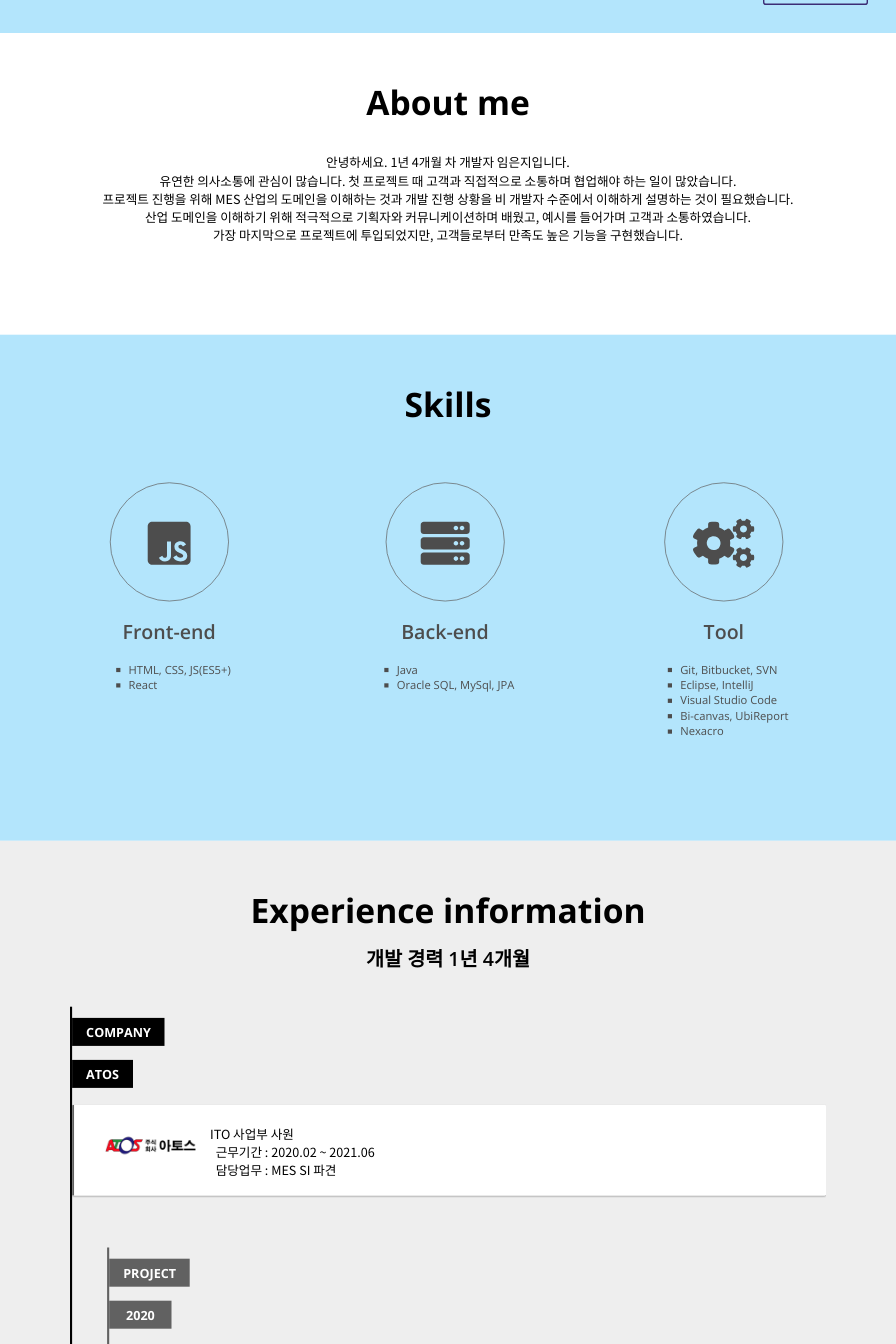
Repository: salangdung-i/portfolio
Page: index.html
These files come from the project's save history. The page is drawn as it stood at one moment and after the next save; the edit follows.
The browser window is 1280 px wide. The pictures show the part of the page from y = 753 to 2673 px (the page is 5459 px tall before and 5485 px after), at 70% of full size.
Some web fonts or font styles are not loaded; a fallback is used. Some web libraries are served in a nearby version.

Above is the page before, as saved 2021-12-27 09:14:41.

### index.html
<!DOCTYPE html>
<html lang="en">

<head>
  <meta charset="UTF-8">
  <meta name="viewport" content="width=device-width, initial-scale=1.0">
  <title>Eunji's Portfolio</title>
  <meta name="description" content="Port for world-renowned software engineer Eunji" />
  <meta name="author" content="Eunji">
  <link rel="icon" type="image/png" href="imgs/favicon.png" />
  <script src="https://use.fontawesome.com/releases/v5.2.0/js/all.js"></script>
  <link rel="preconnect" href="https://fonts.googleapis.com">
  <link rel="preconnect" href="https://fonts.gstatic.com" crossorigin>
  <link
    href="https://fonts.googleapis.com/css2?family=Noto+Serif+KR:wght@200;300;400;500;600&family=Open+Sans:wght@400;600;700&family=Oswald:wght@600&family=Yeon+Sung&display=swap&family=Bakbak+One&display=swap&family=Noto+Sans+KR:wght@100;300&display=swap"
    rel="stylesheet">
  <link rel="stylesheet" href="style.css" />
  <script src="main.js" defer></script>
</head>

<body>
  <!-- Navbar  -->
  <nav id="navbar">
    <div class="navbar__logo">
      <a href="#"><img class="navbar__logo__img" src="imgs/favicon.png" width="30" height="30"
          alt="favicon img"></img>Eunji</a>
    </div>
    <ul class="navbar__menu">
      <li class="navbar__menu__item active" data-link="#home">Home</li>
      <li class="navbar__menu__item" data-link="#about">About</li>
      <li class="navbar__menu__item" data-link="#skills">Skills</li>
      <li class="navbar__menu__item" data-link="#experience">Experience</li>
      <li class="navbar__menu__item" data-link="#work">My work</li>
      <li class="navbar__menu__item" data-link="#activities">Activities</li>
      <li class="navbar__menu__item" data-link="#contact">Contact</li>
    </ul>

    <!-- Toggle button -->
    <button class="navbar__toggle-btn">
      <i class="far fa-bars"></i>
    </button>
  </nav>

  <!-- Home -->
  <section id="home">
    <button class="home__contact" data-link="#contact">
      <i class="fas fa-share-square"></i>
      Contact Me</button>
  </section>

  <!-- About -->
  <section id="about" class="section section__container">
    <header>
      <h1>About me</h1>
    </header>
    <div class="about--text">
      <p>
        안녕하세요. 1년 4개월 차 개발자 임은지입니다.<br>
        유연한 의사소통에 관심이 많습니다. 첫 프로젝트 때 고객과 직접적으로 소통하며 협업해야 하는 일이 많았습니다.<br>
        프로젝트 진행을 위해 MES 산업의 도메인을 이해하는 것과 개발 진행 상황을 비 개발자 수준에서 이해하게 설명하는 것이 필요했습니다.<br>
        산업 도메인을 이해하기 위해 적극적으로 기획자와 커뮤니케이션하며 배웠고, 예시를 들어가며 고객과 소통하였습니다.<br>
        가장 마지막으로 프로젝트에 투입되었지만, 고객들로부터 만족도 높은 기능을 구현했습니다.<br>
      </p>
    </div>
  </section>

  <!-- Skills -->
  <section id="skills" class="section">
    <div class="section__container">
      <h1>Skills</h1>

      <div class="about__majors">
        <div class="major">
          <div class="major__icon">
            <i class="fab fa-js-square"></i>
          </div>
          <h2 class="major__title">Front-end</h2>
          <div class="major__description">
            <ul class="description--ul">
              <li>HTML, CSS, JS(ES5+)</li>
              <li>React</li>
              <!-- <li>TypeScript</li> -->
            </ul>
          </div>
        </div>
        <div class="major">
          <div class="major__icon">
            <i class="fas fa-server"></i>
          </div>
          <h2 class="major__title">Back-end</h2>
          <div class="major__description">
            <ul class="description--ul">
              <li>Java</li>
              <li>Oracle SQL, MySql, JPA</li>
            </ul>
          </div>

        </div>

        <div class="major">
          <div class="major__icon">
            <i class="fas fa-cogs"></i>
          </div>
          <h2 class="major__title">Tool</h2>
          <div class="major__description">
            <ul class="description--ul">
              <li>Git, Bitbucket, SVN </li>
              <li>Eclipse, IntelliJ</li>
              <li>Visual Studio Code</li>
              <li>Bi-canvas, UbiReport</li>
              <li>Nexacro</li>
            </ul>
          </div>

        </div>
      </div>

    </div>
  </section>


  <!-- Timeline -->
  <section id="experience" class="section__timeline">
    <div class="section__container">
      <h1>Experience information</h1>
      <h2>개발 경력 1년 4개월</h2>
      <div class="timelines c">
        <div class="timeline__group">
          <span class="timeline__title c" aria-hidden="true">COMPANY</span>
        </div>
        <div class="timeline__group">
          <span class="timeline__title c" aria-hidden="true">ATOS</span>
          <div class="timeline__cards">
            <div class="timeline__card card">
              <div class="card__content">
                <img src="imgs/atos_logo.png" alt="posco logp" class="card__content-logo">
                <p>
                  ITO 사업부 사원<br>
                  &nbsp; 근무기간 : 2020.02 ~ 2021.06<br>
                  &nbsp; 담당업무 : MES SI 파견 <br>
                </p>
              </div>
            </div>
          </div>
        </div>
        <!-- </div> -->
        <div class="timelines">
          <div class="timeline__group">
            <span class="timeline__title" aria-hidden="true">PROJECT</span>
          </div>
          <div class="timeline__group">
            <span class="timeline__year time" aria-hidden="true">2020</span>
            <div class="timeline__cards">
              <div class="timeline__card card">
                <header class="card__header">
                  <time class="time posco-logo" datetime="2020-02-11">
                    POSCO ICT
                  </time>
                </header>
                <div class="card__content">
                  <img src="imgs/posco_ict_logo.png" alt="posco logp" class="card__content-logo">
                  <p>
                    MES 3.0 통합관제 팀 <br>
                    &nbsp; posco 철강 프로세스 전체의 재고 및 제작 상황을 확인하고, 다음 근무자에게 지시사항을 기록하는 시스템<br>
                    &nbsp; 10년간의 재난상황(지진)을 확인, SMS 우선순위 대상자 조회, 변경, 기준이상의 지진발생시 SMS 전송하는 시스템<br>
                    &nbsp; 진행기간 : 2020.02 ~ 2020.12<br>
                    &nbsp; 담당업무 : 업무일지(관제,용선) 16종 신규 개발 및 안정화, 지진 4종 신규 개발 및 안정화 <br>
                  </p>
                </div>
              </div>

              <div class="timeline__group">
                <span class="timeline__year time" aria-hidden="true">2021</span>
                <div class="timeline__cards">
                  <div class="timeline__card card">
                    <header class="card__header">
                      <time class="time hyundai-logo" datetime="2021-01-02">
                        HYUNDAI STEEL
                      </time>
                    </header>
                    <div class="card__content">
                      <img src="imgs/hyundai_logo.gif" alt="hyundai logp" class="card__content-logo">
                      <p>
                        &nbsp;순천단조공장 단조 MES 팀<br>
                        &nbsp; hyundai 순천 단조공장의 출하,입고 상황을 확인하고, 제조를 지시하는 프로그램<br>
                        &nbsp; 진행기간 : 2021.01 ~ 2021.06<br>
                        &nbsp; 담당업무 : MES 단조 파트 100종 개발 및 Conversion <br>
                        <br>
                    </div>
                  </div>
                </div>
              </div>
            </div>
          </div>
        </div>
      </div>
  </section>

  <!-- Work -->
  <section id="work" class="section">
    <div class="section__container">
      <h1>My work</h1>
      <h2>Projects</h2>
      <div class="work__categories">
        <button class="category__btn selected" data-filter="*">
          All<span class="category__count">8</span>
        </button>
        <button class="category__btn" data-filter="basic">
          Web Basic<span class="category__count">3</span>
        </button>
        <button class="category__btn" data-filter="react">
          React<span class="category__count">2</span>
        </button>
        <!-- <button class="category__btn" data-filter="typeScript">
          TypeScript<span class="category__count">2</span>
        </button> -->
      </div>
      <div class="work__projects">
        <a href="https://github.com/salangdung-i/shopping-game" class="project" target="blank" data-type="basic">
          <img class="project__img" src="imgs/projects/project-shopping.png" alt="Youtube">
          <div class="project__description">
            <h3>Shopping game</h3>
            <span>Clone coding with HTML and CSS</span>
          </div>
        </a>
        <a href="https://github.com/salangdung-i/to-do-list-app" class="project" target="blank" data-type="basic">
          <img class="project__img" src="imgs/projects/project-memo.png" alt="Youtube">
          <div class="project__description">
            <h3>Memo</h3>
            <span>Clone coding with HTML and CSS</span>
          </div>
        </a>
        <a href="https://github.com/salangdung-i/carrot-game" class="project" target="blank" data-type="basic">
          <img class="project__img" src="imgs/projects/project-carrot.png" alt="Youtube">
          <div class="project__description">
            <h3>Carrot game</h3>
            <span>Clone coding with HTML and CSS</span>
          </div>
        </a>
        <a href="" class="project" target="blank" data-type="react">
          <img class="project__img" src="imgs/projects/project4.png" alt="Youtube">
          <div class="project__description">
            <h3>ㅁㅣ정</h3>
            <span>Clone coding with HTML and CSS</span>
          </div>
        </a>
        <a href="https://github.com/salangdung-i/habit-tracker" class="project" target="blank" data-type="react">
          <img class="project__img" src="imgs/projects/project-habit.png" alt="Youtube">
          <div class="project__description">
            <h3>Habit tracker</h3>
            <span>Clone coding with HTML and CSS</span>
          </div>
        </a>
        <a href="https://github.com/salangdung-i/youtube" class="project" target="blank" data-type="react">
          <img class="project__img" src="imgs/projects/project6.png" alt="Youtube">
          <div class="project__description">
            <h3>Youtube</h3>
            <span>Clone coding with HTML and CSS</span>
          </div>
        </a>
        <a href="https://github.com/salangdung-i/business-card-marker" class="project" target="blank" data-type="react">
          <img class="project__img" src="imgs/projects/project7.png" alt="Youtube">
          <div class="project__description">
            <h3>Business card marker</h3>
            <span>Clone coding with HTML and CSS</span>
          </div>
        </a>
        <a href="" class="project" target="blank" data-type="typeScript">
          <img class="project__img" src="imgs/projects/project8.png" alt="Youtube">
          <div class="project__description">
            <h3>...ing</h3>
            <span>Clone coding with HTML and CSS</span>
          </div>
        </a>
      </div>
    </div>
  </section>


  <!-- Activities & Certificate -->
  <section id="activities" class="section">
    <div class="section__container">
      <h1>Activities & Certificate</h1>
      <div class="active--imgs">
        <div class="active-img">
          <a href="https://youtu.be/o_iTuNASD5A?t=109" target="_blank">
            <img class="active__img" src="imgs/haniumit.jpeg" alt="haniumit thumbnail">
          </a>
        </div>
        <div class="active-img">
          <a href="https://youtu.be/RUdjBgxtxtU" target="_blank">
            <img class="active__img" src="imgs/iot-img.jpeg" alt="youtube thumbnail">
          </a>
        </div>
        <div class="active-img">
          <a href="1020180170668.pdf" download>
            <img class="active__img" src="imgs/certificate-2.png" alt="certificate pdf image">
          </a>
        </div>
      </div>

      <div class="active__content">
        <h2 class="content-header">
          <i class="fas fa-graduation-cap"></i> Activities
        </h2>
        <ul class="content-ul">
          <li>졸업작품 : 황혼육아를 위한 IoT 유모차</li>
          <li><a href="https://www.mk.co.kr/news/it/view/2018/11/697202/" target="_blank">수상 : 2018 한이음 공모전 /
              은상(700팀중 4등) /
              과학기술정보통신부 / 18.11.30</a></li>
          <li>한이음 학술대회 / 우수상 / 한국정보산업연합회 / 18.12.21</li>
          <li>
            <a href="https://youtu.be/o_iTuNASD5A?t=109" target="_blank">방송출연 : SBS 생활경제 "한이음엑스포, 학생들의 아이디어가 빛났다!"</a>
          </li>
        </ul>
        <h2 class="content-header">
          <i class="fas fa-certificate"></i> Certificate
        </h2>
        <ul class="content-ul">
          <li><a href="1020180170668.pdf" download>특허 : ＩｏＴ를 이용한 스마트 유모차 시스템</a></li>
        </ul>
      </div>
    </div>
  </section>

  <!-- Contact -->
  <section id="contact" class="section">
    <h1 class="contact__title">Contact me!</h1>
    <div class="contants">
      <h3 class="contact__data">Email : ej.yim0322@gmail.com</h3>
      <h3 class="contact__data"><a href="https://github.com/salangdung-i" target="blank">Github :
          https://github.com/salangdung-i</a>
      </h3>
      <h3 class="contact__data">
        <a href="https://salangdung.tistory.com" target="blank"> Blog : https://salangdung.tistory.com</a>
      </h3>
    </div>
    <h1 class="contact__title">Thank you!</h1>
  </section>

  <!-- Arrow up -->
  <button class="arrow-up">
    <i class="fas fa-arrow-up"></i>
  </button>
</body>

</html>

Loaded but not shown: main.js (167 lines, source omitted); style.css (751 lines, source omitted)

After the next save:
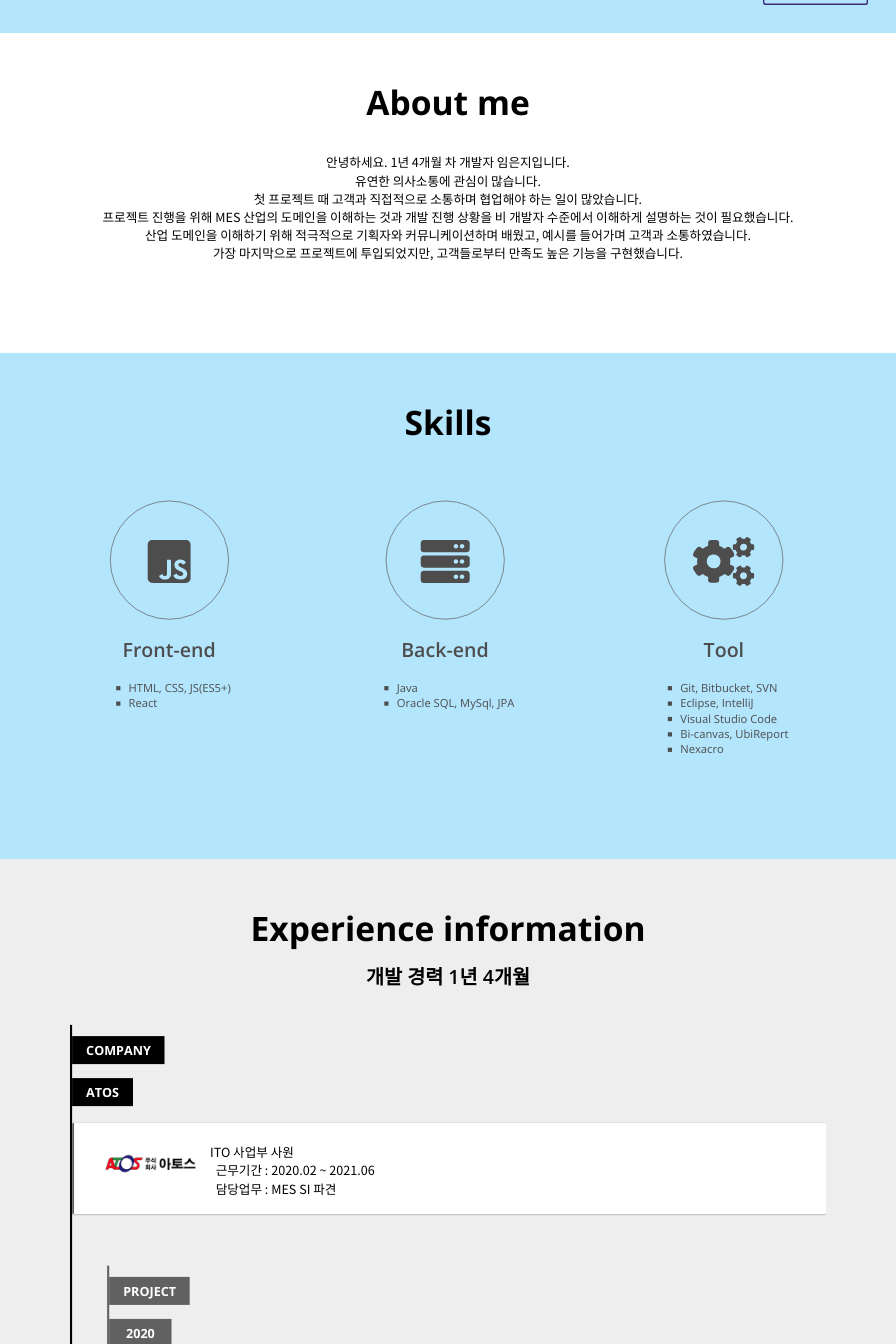
Saved 19 s later.
--- a/index.html
+++ b/index.html
@@ -56,7 +56,8 @@
     <div class="about--text">
       <p>
         안녕하세요. 1년 4개월 차 개발자 임은지입니다.<br>
-        유연한 의사소통에 관심이 많습니다. 첫 프로젝트 때 고객과 직접적으로 소통하며 협업해야 하는 일이 많았습니다.<br>
+        유연한 의사소통에 관심이 많습니다.<br>
+        첫 프로젝트 때 고객과 직접적으로 소통하며 협업해야 하는 일이 많았습니다.<br>
         프로젝트 진행을 위해 MES 산업의 도메인을 이해하는 것과 개발 진행 상황을 비 개발자 수준에서 이해하게 설명하는 것이 필요했습니다.<br>
         산업 도메인을 이해하기 위해 적극적으로 기획자와 커뮤니케이션하며 배웠고, 예시를 들어가며 고객과 소통하였습니다.<br>
         가장 마지막으로 프로젝트에 투입되었지만, 고객들로부터 만족도 높은 기능을 구현했습니다.<br>
